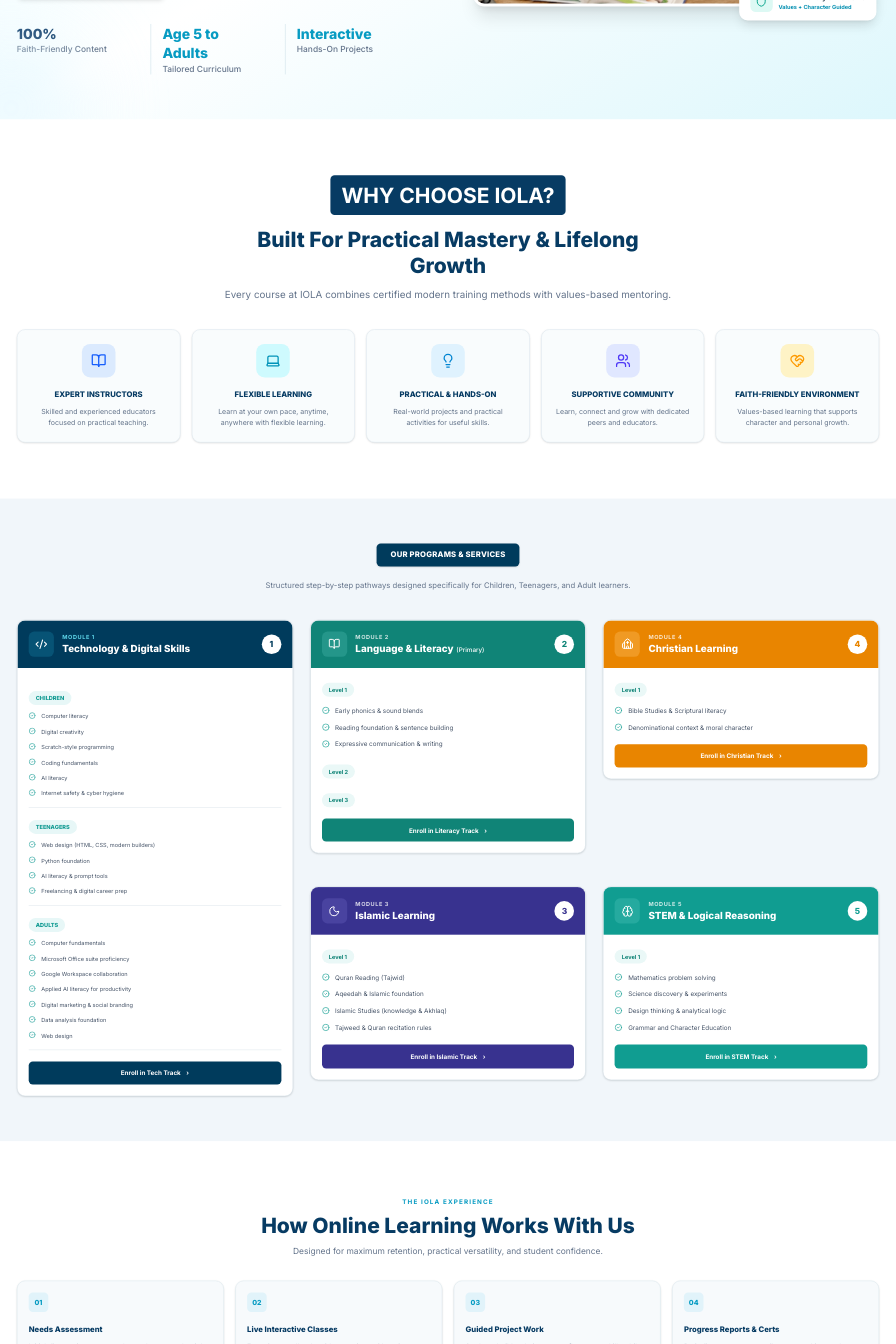
Repository: segunrotini/iola
Page: /
These files come from the project's save history. The page is drawn as it stood at one moment and after the next save; the edit follows.
The browser window is 1280 px wide. The pictures show the part of the page from y = 676 to 2596 px (the page is 4253 px tall before and 4953 px after), at 70% of full size.
The project was rebuilt for these pictures with package versions that can differ from the ones it lists, and the page was loaded fresh each time. Also part of the build but not shown: vite.config.ts.

Above is the page before, as saved 2026-10-05 16:27:23.

### index.html
<!doctype html>
<html lang="en">
  <head>
    <meta charset="UTF-8" />
    <link rel="icon" type="image/svg+xml" href="/favicon.svg" />
    <meta name="viewport" content="width=device-width, initial-scale=1.0" />
    <title>integrated-online-learning-academy</title>
  </head>
  <body>
    <div id="root"></div>
    <script type="module" src="/src/main.tsx"></script>
  </body>
</html>

### src/index.css
@import url('https://fonts.googleapis.com/css2?family=Inter:wght@400;500;600;700;800&family=Montserrat:wght@400;500;600;700;800&display=swap');
@import "tailwindcss";

:root {
	font-family: "Inter", "Montserrat", sans-serif;
}

### src/App.tsx


import Homepage from "./components/pages/public/Hompage";
function App() {
  return (
    <Homepage />
  )
}

export default App

### src/components/pages/public/Hompage.tsx
import Topbar from "../../home/topbar"
import Nav from "../../home/Nav"
import HeroSection from "../../home/Hero-section"
import WhyChooseUs from "../../home/WhyChooseUs"
import Programs from "../../home/Programs"
import Testimonials from "../../home/Testimonials"
import LearningProcess from "../../home/LearningProcess"
import AdmissionSection from "../../home/AdmissionSection"
import Footer from "../../home/Footer"
function Homepage() {
  return (
    <>


      <Topbar/>
      <Nav/>
      <HeroSection/>
      <WhyChooseUs/>
      <Programs/>
      <LearningProcess/>
      <Testimonials/>
      <AdmissionSection/>
      <Footer/>
    </>
  )
}
export default Homepage

### src/components/home/topbar.tsx
import { Mail, Phone, Sparkles } from "lucide-react";

const TopBar = () => {
  return (
    <div className="bg-[#003B5C] text-white">
      <div className="mx-auto flex max-w-7xl flex-col gap-2 px-4 py-2 text-[10px] sm:flex-row sm:items-center sm:justify-between sm:px-6 sm:text-xs">
        <div className="flex items-center gap-1.5">
          <Sparkles size={12} className="text-[#F4C542]" />
          <span>Faith • Skills • Opportunity • Global Impact</span>
        </div>

        <div className="flex flex-col items-start gap-2 sm:flex-row sm:items-center sm:gap-5">
          <a
            href="tel:+2348122452692"
            className="flex items-center gap-1.5 transition hover:text-[#5DE1E6]"
          >
            <Phone size={12} />
            <span>08122452692, 08141570784</span>
          </a>

          <a
            href="mailto:learn@iola.com"
            className="flex items-center gap-1.5 transition hover:text-[#5DE1E6]"
          >
            <Mail size={12} />
            <span>learn@iola.com</span>
          </a>

          <a
            href="#student-portal"
            className="rounded-md bg-[#0B5278] px-3 py-1.5 font-medium transition hover:bg-[#08658F]"
          >
            Student Portal
          </a>
        </div>
      </div>
    </div>
  );
};

export default TopBar;

### src/components/home/WhyChooseUs.tsx
import {
  BookOpen,
  HeartHandshake,
  Laptop,
  Lightbulb,
  Users,
} from "lucide-react";

const features = [
  {
    icon: BookOpen,
    title: "EXPERT INSTRUCTORS",
    description:
      "Skilled and experienced educators focused on practical teaching.",
    iconBg: "bg-blue-100",
    iconColor: "text-blue-600",
  },
  {
    icon: Laptop,
    title: "FLEXIBLE LEARNING",
    description:
      "Learn at your own pace, anytime, anywhere with flexible learning.",
    iconBg: "bg-cyan-100",
    iconColor: "text-cyan-600",
  },
  {
    icon: Lightbulb,
    title: "PRACTICAL & HANDS-ON",
    description:
      "Real-world projects and practical activities for useful skills.",
    iconBg: "bg-sky-100",
    iconColor: "text-sky-600",
  },
  {
    icon: Users,
    title: "SUPPORTIVE COMMUNITY",
    description:
      "Learn, connect and grow with dedicated peers and educators.",
    iconBg: "bg-indigo-100",
    iconColor: "text-indigo-600",
  },
  {
    icon: HeartHandshake,
    title: "FAITH-FRIENDLY ENVIRONMENT",
    description:
      "Values-based learning that supports character and personal growth.",
    iconBg: "bg-amber-100",
    iconColor: "text-amber-500",
  },
];

const WhyChooseUs = () => {
  return (
    <section  className="bg-white py-16 sm:py-20">
      <div className="mx-auto max-w-7xl px-4 sm:px-6">
        <div className="mx-auto max-w-2xl text-center">
          <span className="inline-flex items-center rounded-md bg-[#073B63] px-4 py-1.5 text-[30px] font-bold text-white">
            WHY CHOOSE IOLA?
          </span>

          <h2 className="mt-4 text-2xl font-extrabold leading-tight text-[#073B63] sm:text-3xl">
            Built For Practical Mastery & Lifelong
            <br className="hidden sm:block" />
            Growth
          </h2>

          <p className="mt-3 text-xs leading-5 text-[#64748B] sm:text-sm">
            Every course at IOLA combines certified modern training methods
            with values-based mentoring.
          </p>
        </div>

        <div className="mt-10 grid gap-4 sm:grid-cols-2 lg:grid-cols-5">
          {features.map((feature) => {
            const Icon = feature.icon;

            return (
              <div
                key={feature.title}
                className="rounded-xl border border-[#E4EDF2] bg-[#F9FCFD] p-5 text-center shadow-sm transition duration-300 hover:-translate-y-1 hover:shadow-md"
              >
                <div
                  className={`mx-auto flex h-12 w-12 items-center justify-center rounded-xl ${feature.iconBg}`}
                >
                  <Icon size={22} className={feature.iconColor} />
                </div>

                <h3 className="mt-4 text-[11px] font-extrabold leading-4 text-[#073B63]">
                  {feature.title}
                </h3>

                <p className="mt-2 text-[10px] leading-4 text-[#64748B]">
                  {feature.description}
                </p>
              </div>
            );
          })}
        </div>
      </div>
    </section>
  );
};

export default WhyChooseUs;

### src/components/home/Testimonials.tsx


import parent1 from "../../assets/parent1.png";
import parent2 from "../../assets/parent2.png";
import student1 from "../../assets/student1.png";
import student2 from "../../assets/student2.png";
const testimonials = [
  {
    category: "Islamic Track",
    message:
      "Enrolling Faruq and Amina at IOLA has been the best decision. Their Tajweed and Quran reading have improved tremendously.",
    name: "Mum Faruq",
    role: "Parent of IOLA Learner",
    image: parent1,
    verified: "Verified Parent",
  },
  {
    category: "Christian & STEM",
    message:
      "Finding an academy that offers top-tier STEM and digital skills with faith-based Christian moral guidance was a blessing.",
    name: "Mrs. Grace Adeyemi",
    role: "Parent of IOLA Student",
    image: parent2,
    verified: "Verified Parent",
  },
  {
    category: "Teen Tech Track",
    message:
      "The Python and AI literacy sessions are so practical. I never knew learning could be this engaging.",
    name: "Tunde K.",
    role: "Age 16, Teen Tech Learner",
    image: student1,
    verified: "Verified Student",
  },
  {
    category: "Adult Professional",
    message:
      "The evening flexible schedule gave me the immediate skills I use in my workplace every day.",
    name: "Michael B.",
    role: "Adult Professional Track",
    image: student2,
    verified: "Verified Student",
  },
];
const Testimonials = () => {
  return (
    <section className="bg-[#f7fafc] py-20">
      <div className="mx-auto max-w-7xl px-6">
        <div className="mx-auto max-w-3xl text-center">
          <div className="mb-4 inline-flex items-center gap-2 rounded-full bg-cyan-100 px-4 py-1.5 text-[10px] font-bold uppercase tracking-wide text-cyan-700">
            <span>▣</span>
            REAL STORIES FROM OUR LEARNING COMMUNITY
          </div>

          <h2 className="text-3xl font-extrabold leading-tight text-[#063b68] md:text-4xl">
            What Parents, Students & Learners
            <br />
            Say
          </h2>

          <p className="mt-4 text-sm leading-6 text-gray-500">
            Discover how IOLA is transforming confidence, academic results,
            and practical skillsets worldwide.
          </p>
        </div>

        <div className="mt-12 grid gap-5 md:grid-cols-2 lg:grid-cols-4">
          {testimonials.map((testimonial) => (
            <div
              key={testimonial.name}
              className="flex min-h-71.5 flex-col rounded-xl border border-gray-200 bg-white p-5 shadow-sm"
            >
              <div className="flex items-center justify-between">
                <div className="text-[13px] tracking-wide text-yellow-500">
                  ★★★★★
                </div>

                <span className="rounded-full bg-purple-50 px-3 py-1 text-[8px] font-bold text-purple-600">
                  {testimonial.category}
                </span>
              </div>

              <p className="mt-5 text-[11px] leading-5 text-gray-600">
                “{testimonial.message}”
              </p>

              <div className="mt-auto border-t border-gray-100 pt-5">
                <div className="flex items-center gap-3">
                  <img
                    src={testimonial.image}
                    alt={testimonial.name}
                    className="h-10 w-10 rounded-full object-cover"
                  />

                  <div>
                    <h3 className="text-[10px] font-bold text-[#123f64]">
                      {testimonial.name}
                    </h3>

                    <p className="mt-0.5 text-[8px] text-gray-500">
                      {testimonial.role}
                    </p>

                    <p className="mt-1 text-[8px] font-semibold text-emerald-500">
                      ✓ {testimonial.verified}
                    </p>
                  </div>
                </div>
              </div>
            </div>
          ))}
        </div>
      </div>
    </section>
  );
};

export default Testimonials;

### src/components/home/LearningProcess.tsx

const learningSteps = [
  {
    number: "01",
    title: "Needs Assessment",
    description:
      "Initial diagnostic test to match your learner to the right level and mentor.",
  },
  {
    number: "02",
    title: "Live Interactive Classes",
    description:
      "Engaging, small-color video sessions with active core ideas and instant feedback.",
  },
  {
    number: "03",
    title: "Guided Project Work",
    description:
      "Students build websites, apps, fluency, or skills while practicing challenges and guidance.",
  },
  {
    number: "04",
    title: "Progress Reports & Certs",
    description:
      "Periodic parent reports, milestone tracking, and accredited course completion awards.",
  },
];

const LearningProcess = () => {
  return (
    <section className="bg-white py-16 sm:py-20">
      <div className="mx-auto max-w-7xl px-4 sm:px-6">
        <div className="mx-auto max-w-2xl text-center">
          <p className="text-[9px] font-bold uppercase tracking-[0.18em] text-[#079BC2]">
            The IOLA Experience
          </p>

          <h2 className="mt-2 text-2xl font-extrabold leading-tight text-[#073B63] sm:text-3xl">
            How Online Learning Works With Us
          </h2>

          <p className="mt-2 text-[10px] leading-5 text-[#64748B] sm:text-xs">
            Designed for maximum retention, practical versatility, and student
            confidence.
          </p>
        </div>

        <div className="mt-8 grid gap-4 sm:grid-cols-2 lg:grid-cols-4">
          {learningSteps.map((step) => (
            <div
              key={step.number}
              className="rounded-xl border border-[#E3ECF1] bg-[#F7FAFC] p-4 shadow-sm"
            >
              <div className="flex h-7 w-7 items-center justify-center rounded-md bg-[#E1F3FA] text-[10px] font-extrabold text-[#079BC2]">
                {step.number}
              </div>

              <h3 className="mt-4 text-[10px] font-extrabold text-[#073B63] sm:text-[11px]">
                {step.title}
              </h3>

              <p className="mt-2 text-[9px] leading-4 text-[#64748B] sm:text-[10px]">
                {step.description}
              </p>
            </div>
          ))}
        </div>
      </div>
    </section>
  );
};

export default LearningProcess;

### src/components/home/Abouthero.tsx
const stats = [
  {
    value: "500+",
    label: "Active Learners",
  },
  {
    value: "98%",
    label: "Completion & Satisfaction",
  },
  {
    value: "4",
    label: "Continents",
  },
  {
    value: "100%",
    label: "Values-Aligned Mentors",
  },
];

function AboutHero() {
  return (
    <section className="bg-white px-6 py-16 md:px-10 lg:px-16 lg:py-24">
      <div className="mx-auto max-w-7xl">
        <div className="mb-10 flex items-center gap-2 text-sm text-gray-500">
          <span>Home</span>
          <span>/</span>
          <span className="font-medium text-gray-900">About Us</span>
        </div>

        <div className="max-w-4xl">
          <h1 className="text-4xl font-bold leading-tight tracking-tight text-gray-900 md:text-5xl lg:text-6xl">
            Empowering Minds, Nurturing Values, Building Futures.
          </h1>

          <p className="mt-6 max-w-3xl text-base leading-8 text-gray-600 md:text-lg">
            At IOLA, we believe education goes beyond acquiring knowledge. We
            empower learners with practical skills, strong values, and the
            confidence to create meaningful impact in their communities and
            around the world.
          </p>
        </div>

        <div className="mt-14 grid grid-cols-1 gap-4 sm:grid-cols-2 lg:grid-cols-4">
          {stats.map((stat) => (
            <div
              key={stat.label}
              className="rounded-2xl border border-gray-200 bg-gray-50 p-6"
            >
              <h2 className="text-3xl font-bold text-gray-900 md:text-4xl">
                {stat.value}
              </h2>

              <p className="mt-2 text-sm leading-6 text-gray-600">
                {stat.label}
              </p>
            </div>
          ))}
        </div>
      </div>
    </section>
  );
};

export default AboutHero;

Loaded but not shown: src/main.tsx (common file); src/components/home/Programs.tsx (316 lines, source omitted); src/components/home/Hero-section.tsx (160 lines, source omitted); src/components/home/AdmissionSection.tsx (201 lines, source omitted); src/components/home/Nav.tsx (148 lines, source omitted); src/components/home/Footer.tsx (126 lines, source omitted)

After the next save:
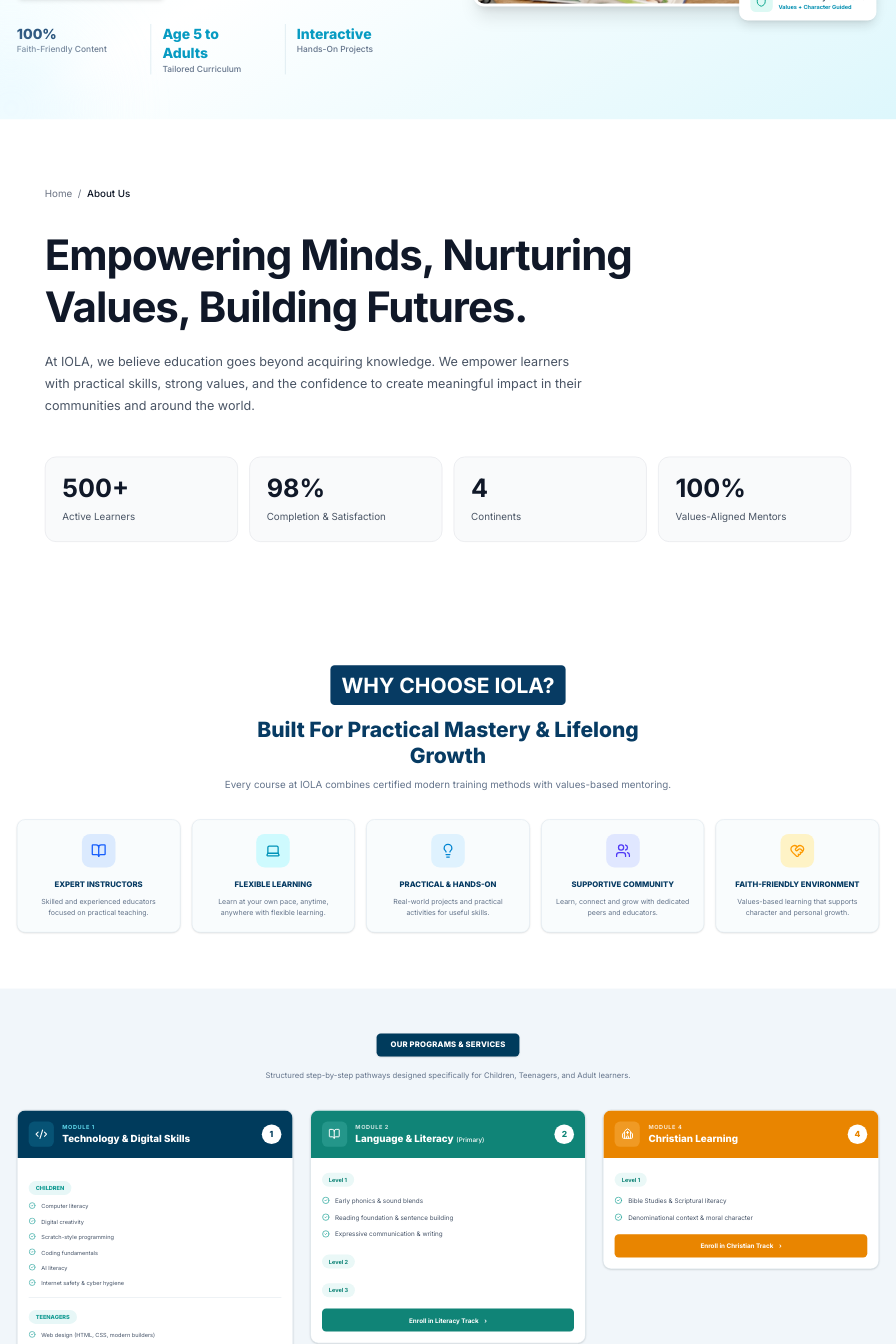
Saved 2 min 19 s later.
--- a/src/components/pages/public/Hompage.tsx
+++ b/src/components/pages/public/Hompage.tsx
@@ -7,14 +7,14 @@
 import LearningProcess from "../../home/LearningProcess"
 import AdmissionSection from "../../home/AdmissionSection"
 import Footer from "../../home/Footer"
+import AboutHero from "../../home/Abouthero"
 function Homepage() {
   return (
     <>
-
-
       <Topbar/>
       <Nav/>
       <HeroSection/>
+      <AboutHero />
       <WhyChooseUs/>
       <Programs/>
       <LearningProcess/>
--- a/src/components/home/Abouthero.tsx
+++ b/src/components/home/Abouthero.tsx
@@ -19,7 +19,7 @@
 
 function AboutHero() {
   return (
-    <section className="bg-white px-6 py-16 md:px-10 lg:px-16 lg:py-24">
+    <section id="about" className="bg-white px-6 py-16 md:px-10 lg:px-16 lg:py-24">
       <div className="mx-auto max-w-7xl">
         <div className="mb-10 flex items-center gap-2 text-sm text-gray-500">
           <span>Home</span>

After the save that followed:
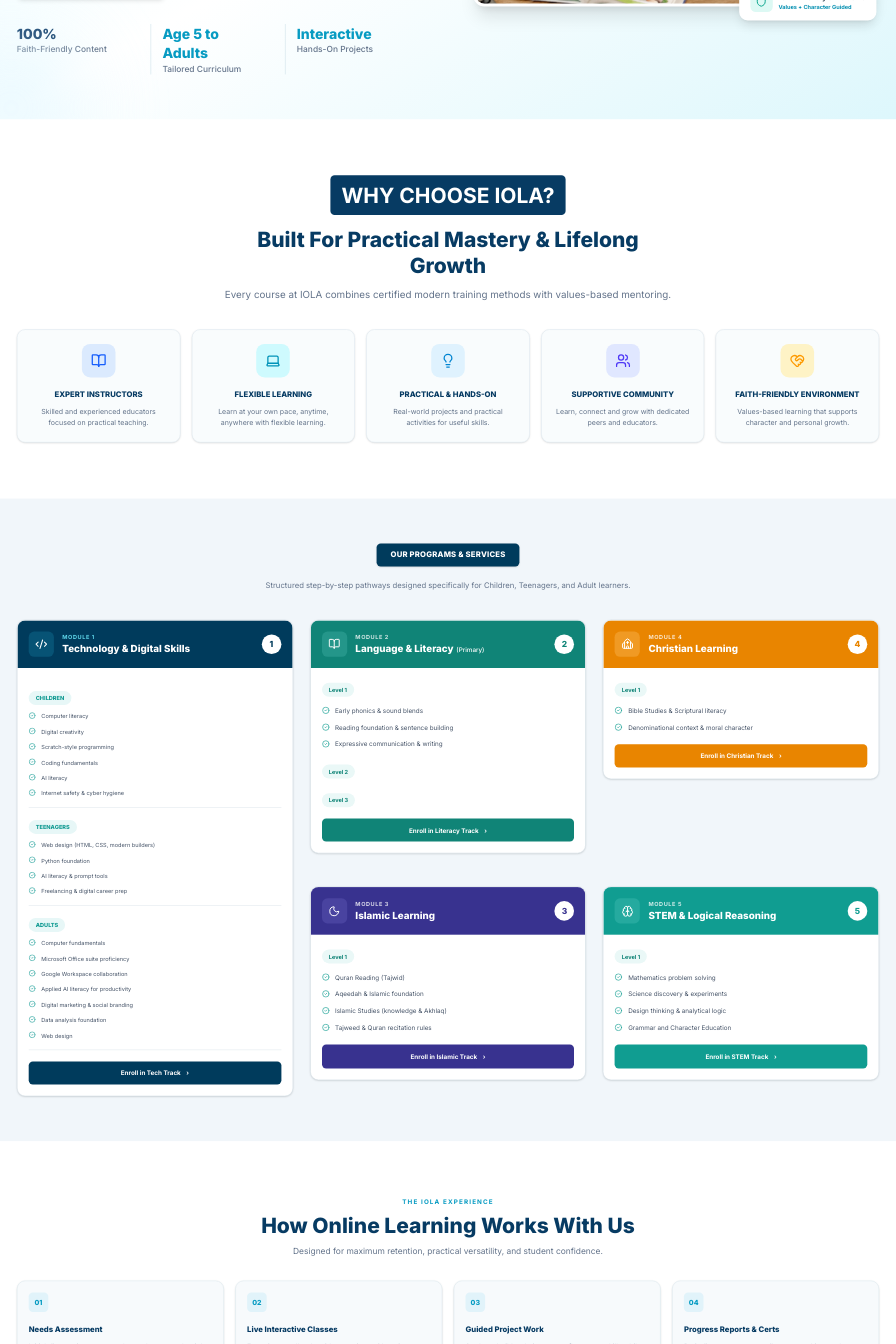
Saved 44 s later.
--- a/src/components/pages/public/Hompage.tsx
+++ b/src/components/pages/public/Hompage.tsx
@@ -7,14 +7,14 @@
 import LearningProcess from "../../home/LearningProcess"
 import AdmissionSection from "../../home/AdmissionSection"
 import Footer from "../../home/Footer"
-import AboutHero from "../../home/Abouthero"
 function Homepage() {
   return (
     <>
+
+
       <Topbar/>
       <Nav/>
       <HeroSection/>
-      <AboutHero />
       <WhyChooseUs/>
       <Programs/>
       <LearningProcess/>
--- a/src/components/home/Abouthero.tsx
+++ b/src/components/home/Abouthero.tsx
@@ -19,7 +19,7 @@
 
 function AboutHero() {
   return (
-    <section id="about" className="bg-white px-6 py-16 md:px-10 lg:px-16 lg:py-24">
+    <section className="bg-white px-6 py-16 md:px-10 lg:px-16 lg:py-24">
       <div className="mx-auto max-w-7xl">
         <div className="mb-10 flex items-center gap-2 text-sm text-gray-500">
           <span>Home</span>
